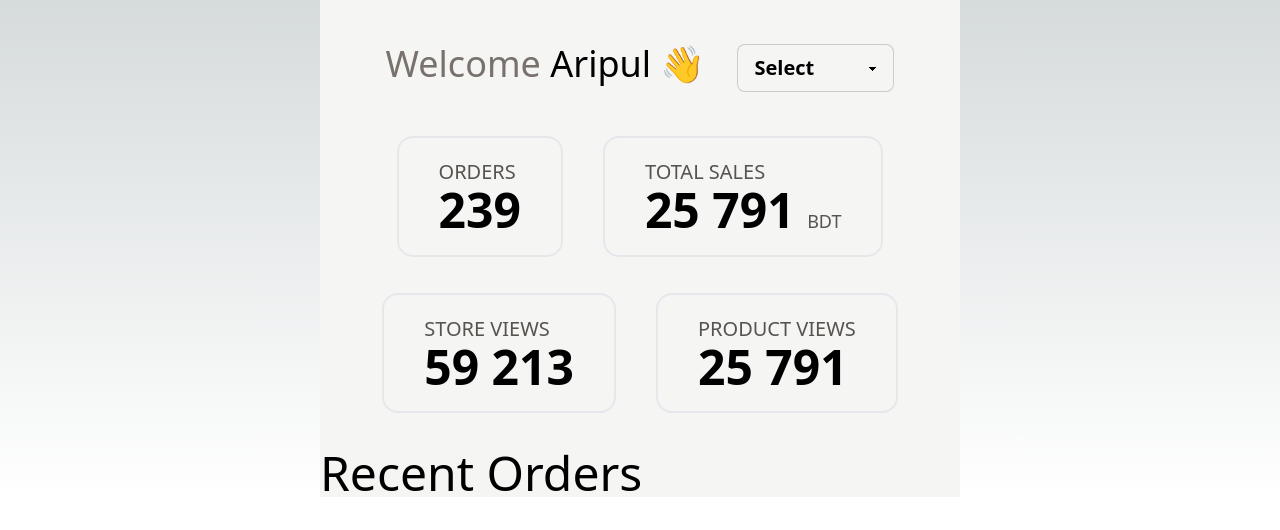
Repository: mehedi9465/nextapp
Page: /Dashboard
An editor plug-in stored every save of this project. The page is shown before and after a run of saves, followed by the edit.
The browser window is 1280 px wide. The pictures show the whole page.
The project was rebuilt for these pictures with package versions that can differ from the ones it lists, and the page was loaded fresh each time. The framework's server and built-in components were replaced by stand-ins that run in the browser. Also part of the build but not shown: next.config.js, Components/Navbar.js.

Above is the page before, as saved 2023-03-04 15:52:38.

### pages/Dashboard/index.js
import Navbar from "@/Components/Navbar";
import Link from "next/link";
import React from "react";

const index = () => {
  return (
    <>
      {/* <Navbar></Navbar> */}

      <div className="max-w-screen-sm mx-auto bg-stone-100 text-black overflow-hidden">
        <div className="flex justify-center py-2 my-9">
          <p className="text-4xl mx-4">
            <span className="text-stone-500">Welcome</span> Aripul 👋
          </p>
          <select className="select select-bordered text-xl max-w-xs bg-stone-100 outline-0 mx-4">
            <option disabled selected>
              Select
            </option>
            <option>Today</option>
            <option>Yesterday</option>
          </select>
        </div>
        <div className="flex justify-center my-9">
          <div className="border-2 rounded-2xl justify-start mx-5 px-10 py-5">
            <p className="uppercase text-stone-600 font-normal text-xl">
              Orders
            </p>
            <p className="text-5xl font-bold">239</p>
          </div>
          <div className="border-2 rounded-2xl justify-start mx-5 px-10 py-5 text-left">
            <p className="uppercase text-stone-600 font-normal text-xl">
              Total Sales
            </p>
            <p className="text-5xl font-bold">
              25 791{" "}
              <span className="text-stone-600 font-medium text-lg">BDT</span>
            </p>
          </div>
        </div>
        <div className="flex justify-center my-9">
          <div className="border-2 rounded-2xl justify-start mx-5 px-10 py-5">
            <p className="uppercase text-stone-600 font-normal text-xl">
              Store views
            </p>
            <p className="text-5xl font-bold">59 213</p>
          </div>
          <div className="border-2 rounded-2xl justify-start mx-5 px-10 py-5 text-left">
            <p className="uppercase text-stone-600 font-normal text-xl">
              Product views
            </p>
            <p className="text-5xl font-bold">25 791</p>
          </div>
        </div>
        <div>
          <h1 className="text-5xl">Recent Orders</h1>
        </div>
      </div>
    </>
  );
};

export default index;

Loaded but not shown: pages/_app.js (common file); pages/_document.js (common file); styles/globals.css (common file); tailwind.config.js (common file)

After the next 2 saves:
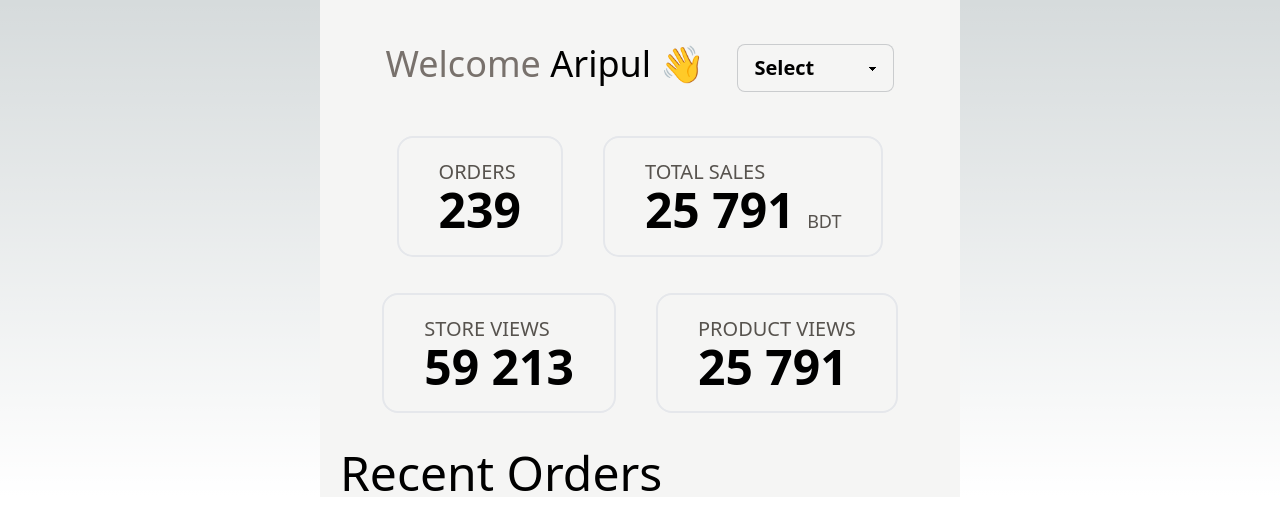
The 2 saves are shown as one change because they came seconds apart.
The last was saved 14 s later.
--- a/pages/Dashboard/index.js
+++ b/pages/Dashboard/index.js
@@ -52,7 +52,7 @@ const index = () => {
           </div>
         </div>
         <div>
-          <h1 className="text-5xl">Recent Orders</h1>
+          <h1 className="text-5xl mx-5">Recent Orders</h1>
         </div>
       </div>
     </>
